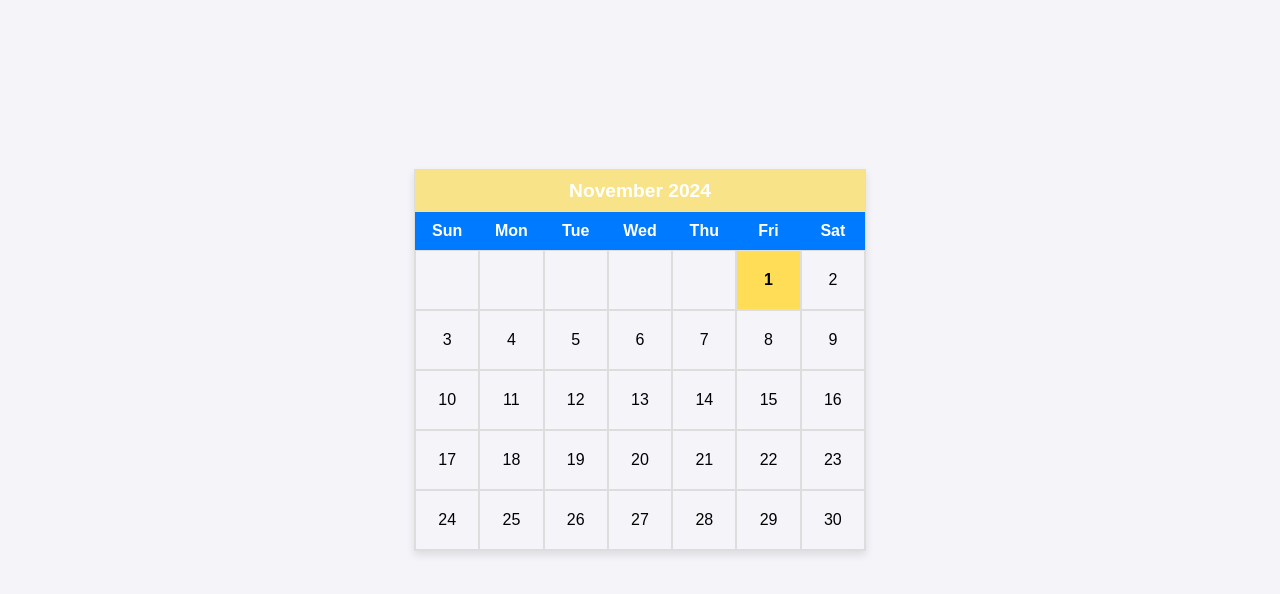
Repository: carrascokarencb37-afk/Nuura
Page: html/calendario.html
The author's editor kept a copy of each file at every save. The page is drawn from the files as they stood at one save, then again after the next save.
The browser window is 1280 px wide. The pictures show the whole page.

Above is the page before, as saved 2026-05-28 23:23:37.

### html/calendario.html
<!DOCTYPE html>
<html lang="en">
<head>
    <meta charset="UTF-8">
    <meta name="viewport" content="width=device-width, initial-scale=1.0">
    <title>Simple HTML Calendar - November 2024</title>
    <link rel="stylesheet" href="../css/cale.css">
</head>
<body>
    <!-- Calendar Container -->
    <div class="calendar">
        <!-- Month and Year Header -->
        <div class="calendar-header">November 2024</div>

        <!-- Days of the Week -->
        <div class="calendar-days">
            <div>Sun</div>
            <div>Mon</div>
            <div>Tue</div>
            <div>Wed</div>
            <div>Thu</div>
            <div>Fri</div>
            <div>Sat</div>
        </div>

        <!-- Calendar Dates -->
        <div class="calendar-dates">
            <!-- Blank spaces for days before the month starts on Friday -->
            <div></div> <div></div> <div></div> <div></div> <div></div> <div class="today">1</div> <div>2</div> <div>3</div> <div>4</div> <div>5</div> <div>6</div> <div>7</div> <div>8</div> <div>9</div> <div>10</div> <div>11</div> <div>12</div> <div>13</div> <div>14</div> <div>15</div> <div>16</div> <div>17</div> <div>18</div> <div>19</div><div>20</div> <div>21</div> <div>22</div> <div>23</div> <div>24</div> <div>25</div> <div>26</div><div>27</div> <div>28</div> <div>29</div> <div>30</div>
</body>
</html>

### css/cale.css

        /* Basic page styling */
        body {
            font-family: Arial, sans-serif;
            display: flex;
            justify-content: center;
            align-items: center;
            min-height: 100vh;
            background-color: #f4f4f9;
            margin: 0;
        }

        /* Calendar container */
        .calendar {
            width: 450px;
            border: 1px solid #ddd;
            box-shadow: 0 4px 8px rgba(0, 0, 0, 0.1);
        }

        /* Calendar header styling */
        .calendar-header {
            text-align: center;
            background-color: #f8e388;
            color: white;
            padding: 10px;
            font-size: 1.2em;
            font-weight: bold;
        }

        /* Days of the week styling */
        .calendar-days {
            display: grid;
            grid-template-columns: repeat(7, 1fr);
            background-color: #007bff;
            color: white;
        }

        .calendar-days div {
            padding: 10px;
            text-align: center;
            font-weight: bold;
        }

        /* Date cells styling */
        .calendar-dates {
            display: grid;
            grid-template-columns: repeat(7, 1fr);
        }

        .calendar-dates div {
            padding: 20px;
            text-align: center;
            border: 1px solid #ddd;
        }

        /* Highlight today */
        .today {
            background-color: #ffdd57;
            font-weight: bold;
        }

After the next save:
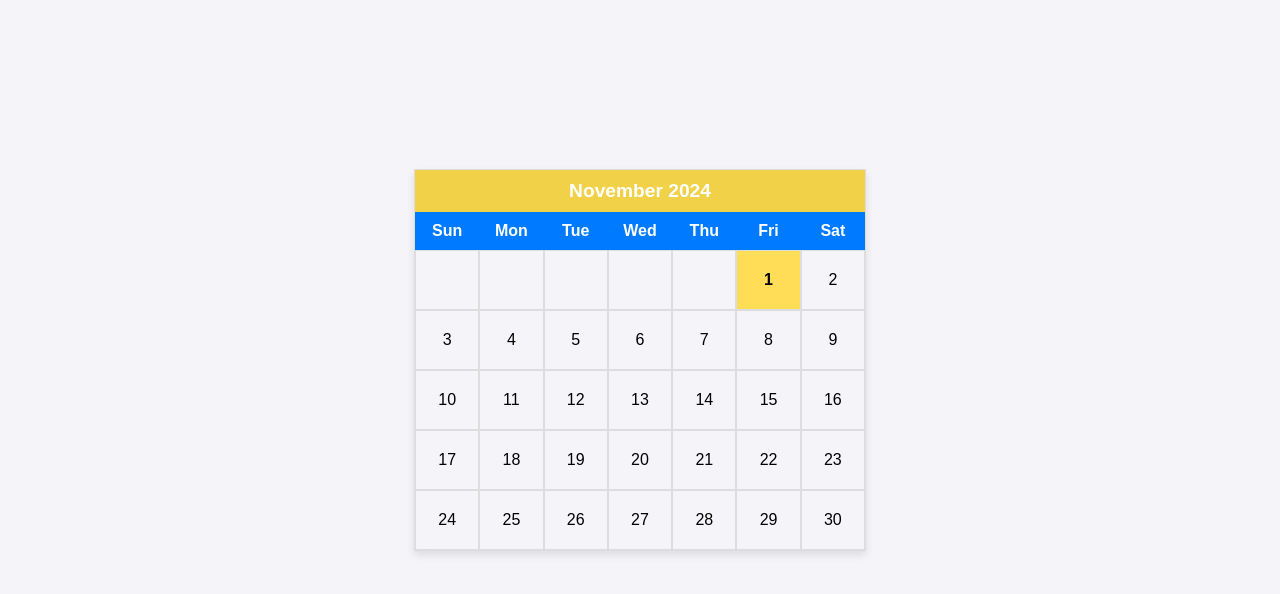
Saved 7 s later.
--- a/css/cale.css
+++ b/css/cale.css
@@ -20,7 +20,7 @@
         /* Calendar header styling */
         .calendar-header {
             text-align: center;
-            background-color: #f8e388;
+            background-color: #f1d03ef1;
             color: white;
             padding: 10px;
             font-size: 1.2em;
